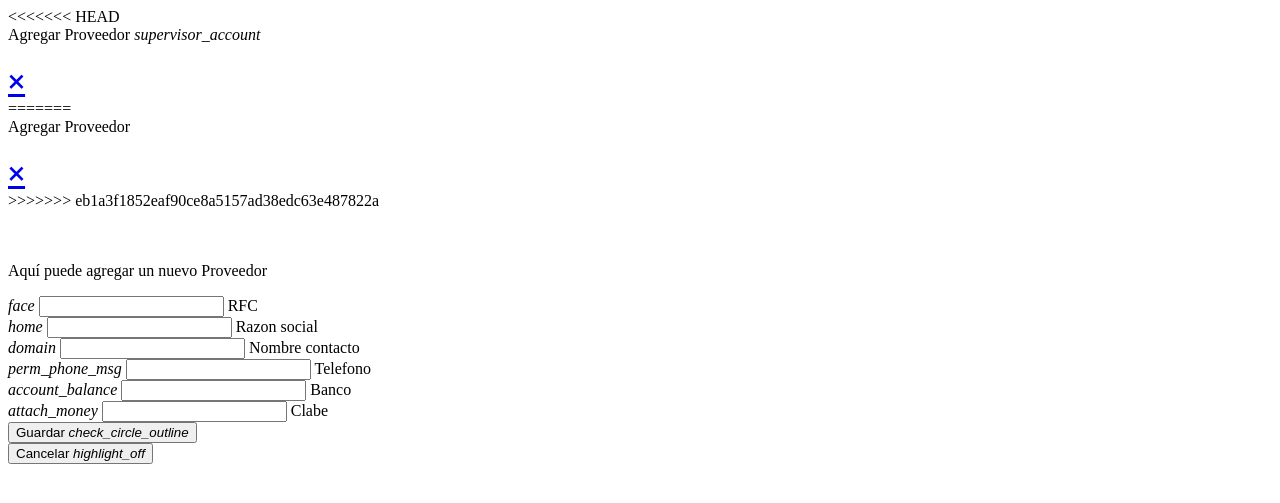
Repository: DanElias/Parallax
Page: Proyecto/Website/proveedores/forms/_form_agregar_proveedor.html
The author's editor kept a record of every edit. The page is drawn from the files as they stood at one moment, then again after the next edit.
The browser window is 1280 px wide. The pictures show the whole page.

Above is the page before.

### Proyecto/Website/proveedores/forms/_form_agregar_proveedor.html
<!-- Modal Structure -->
<div id="_form_agregar_proveedor" class="modal modal-fixed-footer my_modal  my_big_modal">
    <div class="row my_modal_header_row">
<<<<<<< HEAD
                            <!-- botones de guardar y eliminar del modal con el form de agregar beneficiarios-->

                        <div class="my_modal_header1">
                            <div class="col s11 my_form_title">
                               Agregar Proveedor
                               <i class="material-icons my_title_icon">supervisor_account</i>
                             </div>

                            <div class="col s1">
                                 <br>
                                <a class="my_modal_buttons btn btn-medium waves-effect waves-light modal-close red accent-3 hoverable center" style="font-size:2em;font-family: Roboto;" href="#_form_eliminar_beneficiarios">
                                   ×
                                </a>
                            </div>
                        </div>


                    </div>
=======
        <!-- botones de guardar y eliminar del modal con el form de agregar beneficiarios-->

        <div class="my_modal_header1">
            <div class="col s11 my_form_title">
                Agregar Proveedor
            </div>

            <div class="col s1">
                <br>
                <a class="my_modal_buttons btn btn-medium waves-effect waves-light modal-close red accent-3 hoverable center"
                   style="font-size:2em;font-family: Roboto;" href="#_form_eliminar_beneficiarios">
                    ×
                </a>
            </div>
        </div>


    </div>
>>>>>>> eb1a3f1852eaf90ce8a5157ad38edc63e487822a
    <br><br><br>

    <div class="modal-content my_modal_content">
        <p>Aquí puede agregar un nuevo Proveedor</p>

        <!-- Inicio del form de beneficiarios-->
        <form class="col s12">

            <!-- el ID del Beneficiario se genera solito-->

            <div class="row">
                <div class="input-field col s6">
                    <i class="material-icons prefix">face</i>
                    <input  type="text" class="validate" name="rfc" id="rfc" required>
                    <label for="rfc">RFC</label>
                </div>
                <div class="input-field col s6">
                    <i class="material-icons prefix">home</i>
                    <input  type="text" class="validate"  name="razon_social" id="razon_social" required>
                    <label for="razon_social">Razon social</label>
                </div>
             </div>

             <div class="row">
                 <div class="input-field col s6">
                    <i class="material-icons prefix">domain</i>
                    <input  type="text" class="validate"  name="contacto" id="contacto" required>
                    <label for="contacto">Nombre contacto</label>
                </div>
                <div class="input-field col s6">
                    <i class="material-icons prefix">perm_phone_msg</i>
                    <input  type="text" class="validate"  name="telefono_proveedor" id="telefono_proveedor" required>
                    <label for="telefono_proveedor">Telefono</label>
                </div>
            </div>


            <div class="row">

                <div class="input-field col s6">
                    <i class="material-icons prefix">account_balance</i>
                    <input  type="text" class="validate" id="banco" name="banco" required>
                    <label for="banco">Banco</label>
                </div>
                <div class="input-field col s6">
                    <i class="material-icons prefix" >attach_money</i>
                    <input  type="text" class="validate" id="clabe" name="clabe" required>
                    <label for="clabe">Clabe</label>
                </div>
            </div>

            <!-- botones de guardar y eliminar del modal con el form de agregar beneficiarios-->
            <div class="my_modal_buttons">
                <div class="row">
                    <div class="col s6 center">
                        <button class="btn waves-effect waves-light" type="submit" name="action">Guardar
                            <i class="material-icons right">check_circle_outline</i>
                        </button>
                    </div>
                    <div class="col s6 center">
                        <button class="btn waves-effect waves-light red modal-close">Cancelar
                            <i class="material-icons right">highlight_off</i>
                        </button>
                    </div>
                </div>
            </div>
        </form>
        <!-- Final del form de beneficiarios-->

    </div>
</div>

After the next edit:
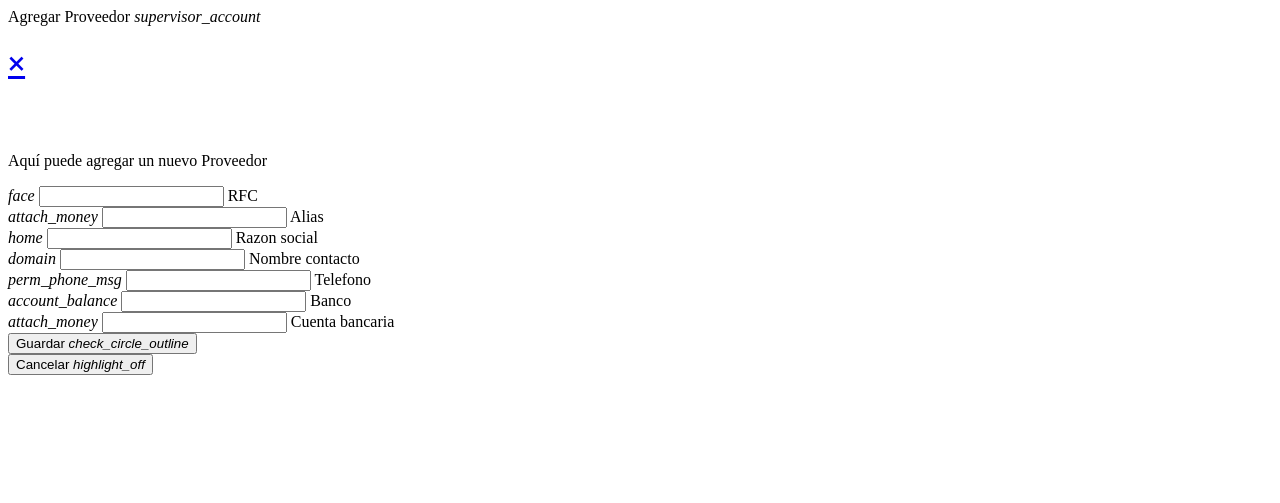
The edit:
--- a/Proyecto/Website/proveedores/forms/_form_agregar_proveedor.html
+++ b/Proyecto/Website/proveedores/forms/_form_agregar_proveedor.html
@@ -1,62 +1,45 @@
 <!-- Modal Structure -->
 <div id="_form_agregar_proveedor" class="modal modal-fixed-footer my_modal  my_big_modal">
     <div class="row my_modal_header_row">
-<<<<<<< HEAD
-                            <!-- botones de guardar y eliminar del modal con el form de agregar beneficiarios-->
-
-                        <div class="my_modal_header1">
-                            <div class="col s11 my_form_title">
-                               Agregar Proveedor
-                               <i class="material-icons my_title_icon">supervisor_account</i>
-                             </div>
-
-                            <div class="col s1">
-                                 <br>
-                                <a class="my_modal_buttons btn btn-medium waves-effect waves-light modal-close red accent-3 hoverable center" style="font-size:2em;font-family: Roboto;" href="#_form_eliminar_beneficiarios">
-                                   ×
-                                </a>
-                            </div>
-                        </div>
-
-
-                    </div>
-=======
-        <!-- botones de guardar y eliminar del modal con el form de agregar beneficiarios-->
 
         <div class="my_modal_header1">
             <div class="col s11 my_form_title">
-                Agregar Proveedor
+               Agregar Proveedor
+                    <i class="material-icons my_title_icon">supervisor_account</i>
             </div>
 
             <div class="col s1">
-                <br>
-                <a class="my_modal_buttons btn btn-medium waves-effect waves-light modal-close red accent-3 hoverable center"
-                   style="font-size:2em;font-family: Roboto;" href="#_form_eliminar_beneficiarios">
-                    ×
+               <br>
+               <a class="my_modal_buttons btn btn-medium waves-effect waves-light modal-close red accent-3 hoverable center" style="font-size:2em;font-family: Roboto;" href="#_form_eliminar_beneficiarios">
+                                   ×
                 </a>
-            </div>
+        	</div>
         </div>
 
 
-    </div>
->>>>>>> eb1a3f1852eaf90ce8a5157ad38edc63e487822a
+</div>
     <br><br><br>
 
     <div class="modal-content my_modal_content">
         <p>Aquí puede agregar un nuevo Proveedor</p>
 
-        <!-- Inicio del form de beneficiarios-->
-        <form class="col s12">
 
-            <!-- el ID del Beneficiario se genera solito-->
+        <form class="col s12" action="registrar_proveedor.php" method="POST">
 
             <div class="row">
-                <div class="input-field col s6">
+                <div class="input-field col s4">
                     <i class="material-icons prefix">face</i>
                     <input  type="text" class="validate" name="rfc" id="rfc" required>
                     <label for="rfc">RFC</label>
                 </div>
-                <div class="input-field col s6">
+
+                <div class="input-field col s4">
+                    <i class="material-icons prefix" >attach_money</i>
+                    <input  type="text" class="validate" id="alias" name="alias" required>
+                    <label for="alias">Alias</label>
+                </div>
+
+                <div class="input-field col s4">
                     <i class="material-icons prefix">home</i>
                     <input  type="text" class="validate"  name="razon_social" id="razon_social" required>
                     <label for="razon_social">Razon social</label>
@@ -66,7 +49,7 @@
              <div class="row">
                  <div class="input-field col s6">
                     <i class="material-icons prefix">domain</i>
-                    <input  type="text" class="validate"  name="contacto" id="contacto" required>
+                    <input  type="text" class="validate"  name="nombre_contacto" id="contacto" required>
                     <label for="contacto">Nombre contacto</label>
                 </div>
                 <div class="input-field col s6">
@@ -86,16 +69,18 @@
                 </div>
                 <div class="input-field col s6">
                     <i class="material-icons prefix" >attach_money</i>
-                    <input  type="text" class="validate" id="clabe" name="clabe" required>
-                    <label for="clabe">Clabe</label>
+                    <input  type="text" class="validate" id="cuenta_bancaria" name="cuenta_bancaria" required>
+                    <label for="cuenta_bancaria">Cuenta bancaria</label>
                 </div>
+
+
             </div>
 
-            <!-- botones de guardar y eliminar del modal con el form de agregar beneficiarios-->
+
             <div class="my_modal_buttons">
                 <div class="row">
                     <div class="col s6 center">
-                        <button class="btn waves-effect waves-light" type="submit" name="action">Guardar
+                        <button class="btn waves-effect waves-light" type="submit" name="submit">Guardar
                             <i class="material-icons right">check_circle_outline</i>
                         </button>
                     </div>
@@ -107,7 +92,7 @@
                 </div>
             </div>
         </form>
-        <!-- Final del form de beneficiarios-->
+
 
     </div>
 </div>
